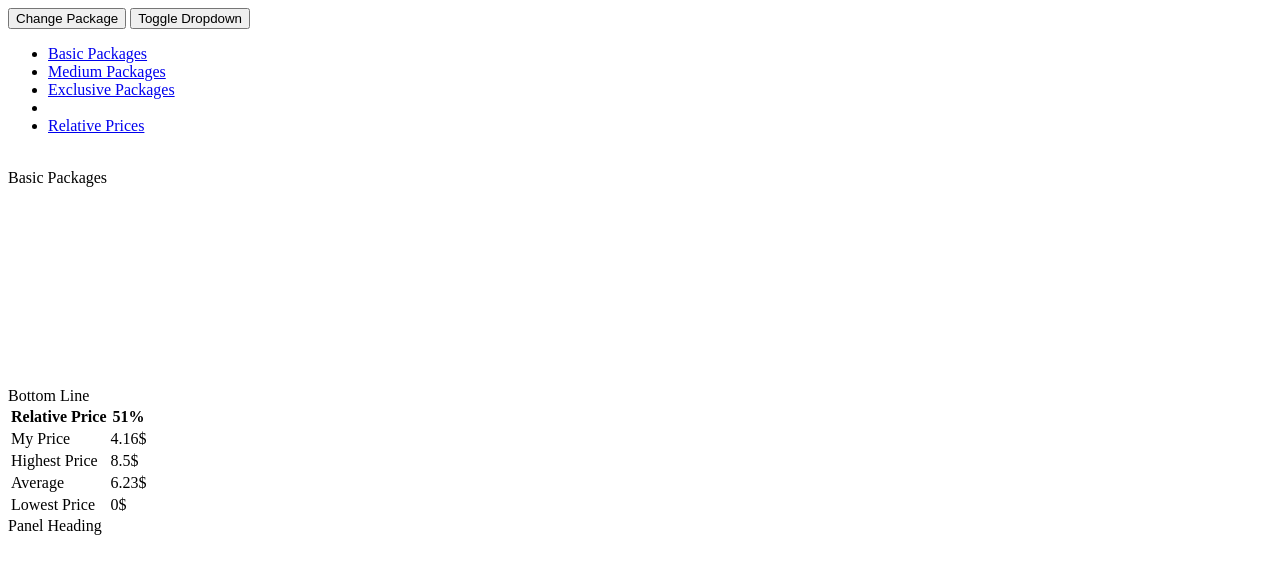
Repository: netaosman/Price-try-course
Page: prixceFrontEnd/src/main/webapp/Prixce_FrontEnd/HTML/Market/pricesPack/BasicPackages.html
An editor plug-in stored every save of this project. The page is shown before and after the next save, followed by the edit.
The browser window is 1280 px wide. The pictures show the whole page.

Above is the page before, as saved 2017-09-24 15:37:12.

### prixceFrontEnd/src/main/webapp/Prixce_FrontEnd/HTML/Market/pricesPack/BasicPackages.html
<!--  <p class="sub-header">Exclusive Packages</p>-->

<div class="container-fluid">
	<div class="dropdown">
		<!-- Split button -->
		<div class="btn-group">
			<button type="button" class="btn btn-default">Change Package</button>
			<button type="button" class="btn btn-default dropdown-toggle"
				data-toggle="dropdown" aria-haspopup="true" aria-expanded="false">
				<span class="caret"></span> <span class="sr-only">Toggle
					Dropdown</span>
			</button>
			<ul class="dropdown-menu">
				<li><a href="#/BasicPackages">Basic Packages</a></li>
				<li><a href="#/MedPackages">Medium Packages</a></li>
				<li><a href="#/HighPackages">Exclusive Packages</a></li>
				<li role="separator" class="divider"></li>
				<li><a href="#/RelativePrices">Relative Prices</a></li>
			</ul>
		</div>
	</div>
	<br>
	<div class="row placeholders">
		<div class="col-xs-12 col-md-8 col-lg-8"
			ng-controller="PricesBasicCtrl">
			<div class="panel panel-default-1">
				<div class="panel-heading">Basic Packages</div>
				<div class="panel-body">
					<!-- <div class="panel-title">Prices</div> -->
					<canvas id="base" class="chart-horizontal-bar" chart-data="data"
						chart-labels="labels" chart-colors="colors" height="200">
                                </canvas>
				</div>
			</div>
		</div>
		<div class="col-xs-12 col-md-4 col-lg-4">
			<div class="panel panel-default-1">
				<div class="panel-heading">Bottom Line</div>
				<div class="panel-body">
					<table class="table">
						<thead>
							<tr>
								<th class="relative">Relative Price</th>
								<th class="relative-price">51%</th>
							</tr>
						</thead>
						<tbody>
							<tr>
								<td class="title-prices"><span
									class="glyphicon glyphicon-hand-right" aria-hidden="true"></span>
									My Price</td>
								<td class="prices">4.16$</td>
							</tr>
							<tr>
								<td class="title-prices"><span
									class="glyphicon glyphicon-hand-up" aria-hidden="true"></span>
									Highest Price</td>
								<td class="prices">8.5$</td>
							</tr>
							<tr>
								<td class="title-prices"><span
									class="glyphicon glyphicon-hand-left" aria-hidden="true"></span>
									Average</td>
								<td class="prices">6.23$</td>
							</tr>
							<tr>
								<td class="title-prices"><span
									class="glyphicon glyphicon-thumbs-down" aria-hidden="true"></span>
									Lowest Price</td>
								<td class="prices">0$</td>
							</tr>
						</tbody>

					</table>
				</div>
			</div>
		</div>
		<div class="col-xs-12 col-md-4">
			<div class="panel panel-default-1">
				<div class="panel-heading">Panel Heading</div>
			</div>
		</div>
	</div>
</div>

After the next save:
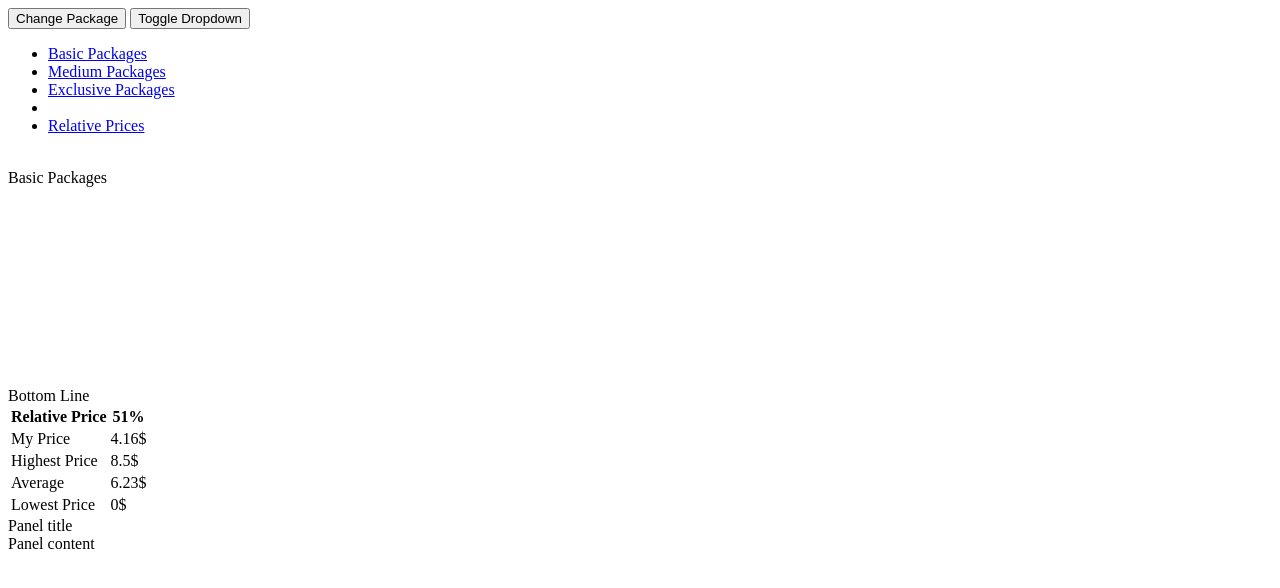
Saved 3 min 3 s later.
--- a/prixceFrontEnd/src/main/webapp/Prixce_FrontEnd/HTML/Market/pricesPack/BasicPackages.html
+++ b/prixceFrontEnd/src/main/webapp/Prixce_FrontEnd/HTML/Market/pricesPack/BasicPackages.html
@@ -77,8 +77,10 @@
 		</div>
 		<div class="col-xs-12 col-md-4">
 			<div class="panel panel-default-1">
-				<div class="panel-heading">Panel Heading</div>
+				<div class="panel-title">Panel title</div>
 			</div>
+			<div class="panel-body">Panel content</div>
 		</div>
 	</div>
 </div>
+</div>
